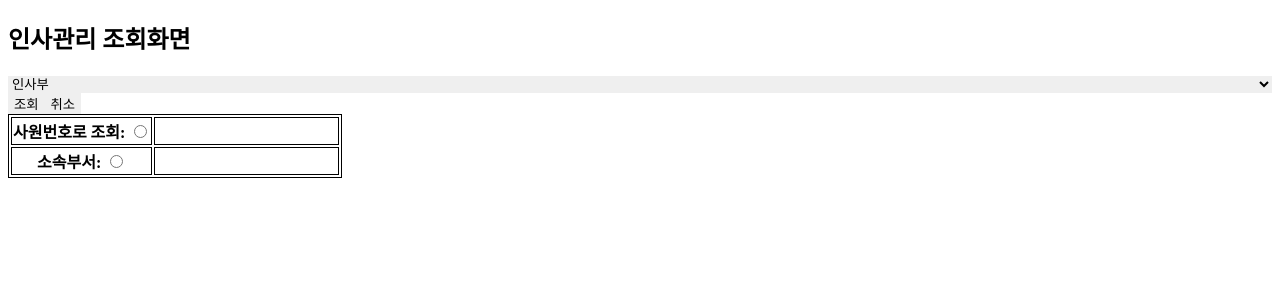
Repository: guguping/finalTestStudy
Page: http://localhost/test1/findMemberForm.jsp
These files come from the project's save history. The page is drawn as it stood at one moment and after a run of saves; the edit follows.
The browser window is 1280 px wide. The pictures show the whole page.
The page is served by Tomcat 9.

Above is the page before, as saved 2023-07-28 05:01:06.

### test1/src/main/webapp/findMemberForm.jsp
<%@ page language="java" contentType="text/html; charset=UTF-8"
    pageEncoding="UTF-8"%>
<!DOCTYPE html>
<html>
<head>
<meta charset="UTF-8">
<title>Insert title here</title>
<style>
	table, tr, th {
		border: 1px solid black;
		text-align: center;
		box-sizing: border-box;
	}
	input {
		border: none;
		outline: none;
	}
	select {
		border: none;
		outline: none;
		width: 100%;
		height: 100%;
	}
</style>
</head>
<body>
	<h2>인사관리 조회화면</h2>
	<form action="index.jsp" method="get">
		<table>
			<tr>
				<th>
					사원번호로 조회:
					<input type="radio" id="searchType" value="id" name="searchType">
				</th>
				<th>
					<input type="text" name="idValue">
				</th>
			</tr>
			<tr>
				<th>
					소속부서:
					<input type="radio" value="dept" name="searchType">
				</th>
				<th></th>
			<select name="deptValue">
				<option value="인사부">인사부</option>
				<option value="기획부">기획부</option>
				<option value="홍보부">홍보부</option>
				<option value="영업부">영업부</option>
				<option value="경리부">경리부</option>
			</select>
			</tr>
			<input type="submit" value="조회">
			<input type="button" onclick="index()" value="취소">
		</table>
	</form>

</body>
<script>
	const index =()=>{
		location.href = "index.jsp";
	}
</script>
</html>

After the next 2 saves:
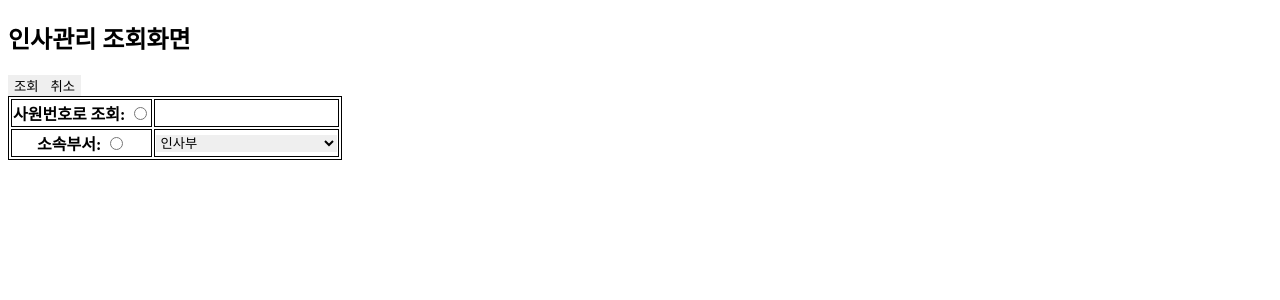
The 2 saves are shown as one change because they came seconds apart.
The last was saved 7 s later.
--- a/test1/src/main/webapp/findMemberForm.jsp
+++ b/test1/src/main/webapp/findMemberForm.jsp
@@ -41,7 +41,7 @@
 					소속부서:
 					<input type="radio" value="dept" name="searchType">
 				</th>
-				<th></th>
+				<th>
 			<select name="deptValue">
 				<option value="인사부">인사부</option>
 				<option value="기획부">기획부</option>
@@ -49,6 +49,7 @@
 				<option value="영업부">영업부</option>
 				<option value="경리부">경리부</option>
 			</select>
+				</th>
 			</tr>
 			<input type="submit" value="조회">
 			<input type="button" onclick="index()" value="취소">
